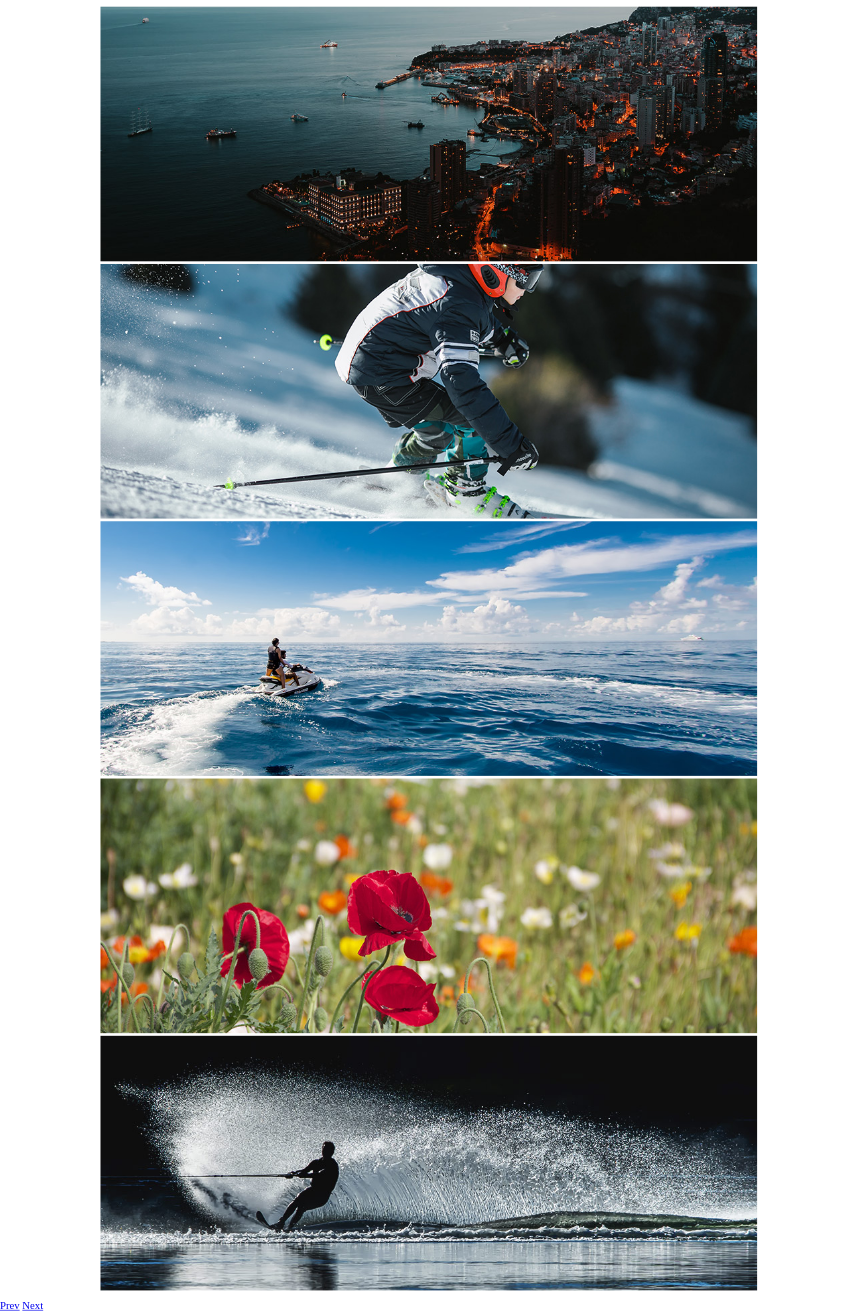
Repository: AnhTuan191298/sent-file-hoang
Page: js_slider/index.html
The author's editor kept a copy of each file at every save. The page is drawn from the files as they stood at one save, then again after the next save.
The browser window is 1280 px wide. The pictures show the whole page, at 67% of full size.

Above is the page before, as saved 2021-02-01 15:53:59.

After the next save:
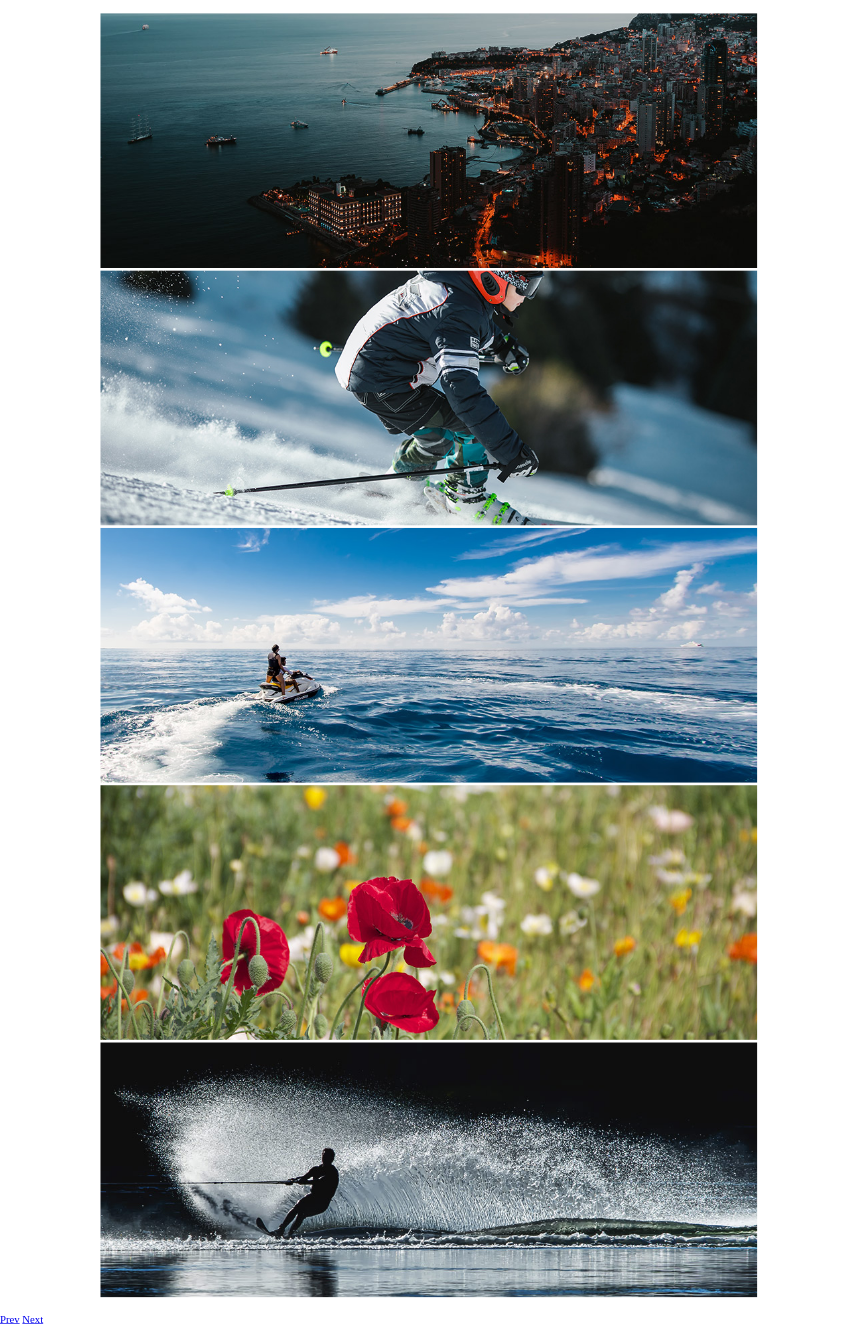
Saved 6 s later.
--- a/js_slider/index.html
+++ b/js_slider/index.html
@@ -12,7 +12,7 @@
         }
         .wrapper {
             width: 980px;
-            margin: 10px auto;
+            margin: 20px auto;
         }
     </style>
 </head>
